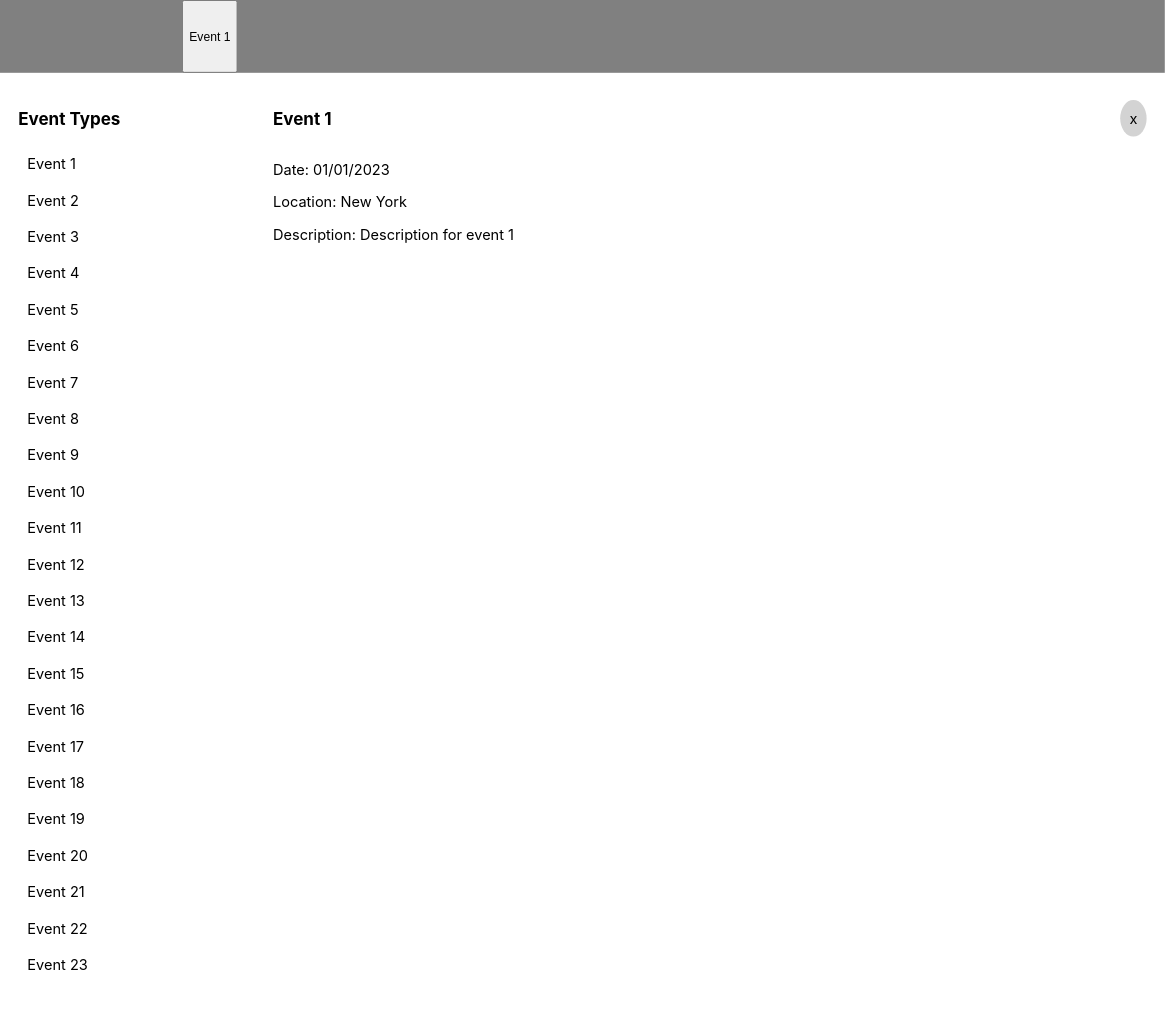
Repository: TauqeerHusain/Assignment
Page: /, after clicking the first element matching `li`
These files come from the project's save history. The page is drawn as it stood at one moment and after the next save; the edit follows.
The browser window is 1280 px wide. The pictures show the whole page, at 91% of full size.
The project was rebuilt for these pictures with package versions that can differ from the ones it lists, and the page was loaded fresh each time.

Above is the page before, as saved 2023-02-06 22:51:04.

After the next save:
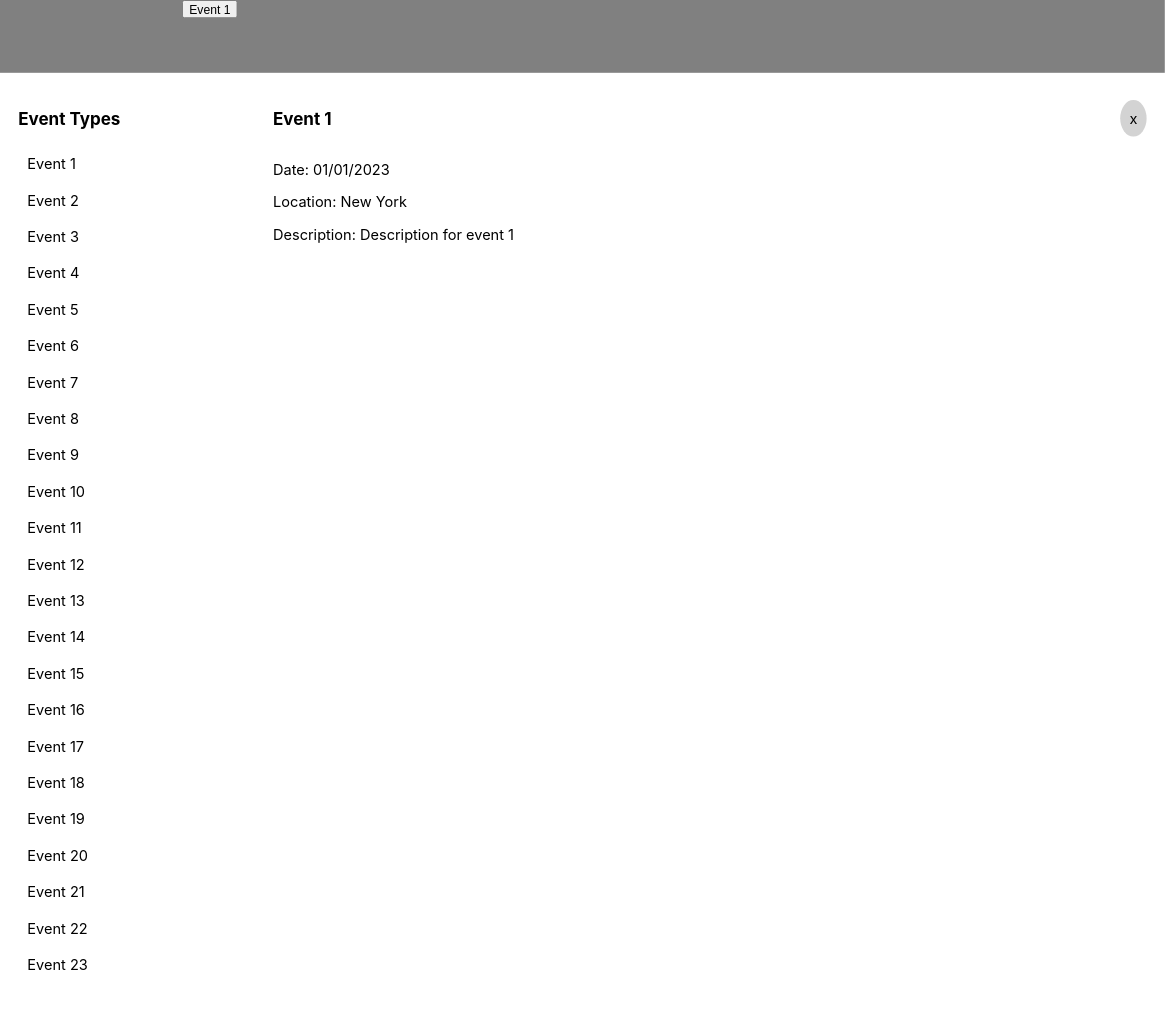
Saved 14 s later.
--- a/src/App.js
+++ b/src/App.js
@@ -164,7 +164,7 @@ const App = () => {
           }}
         >
           {openTabs.map((item) => (
-            <button>{item}</button>
+            <button style={{ height: 20 }}>{item}</button>
           ))}
         </div>
       </nav>
